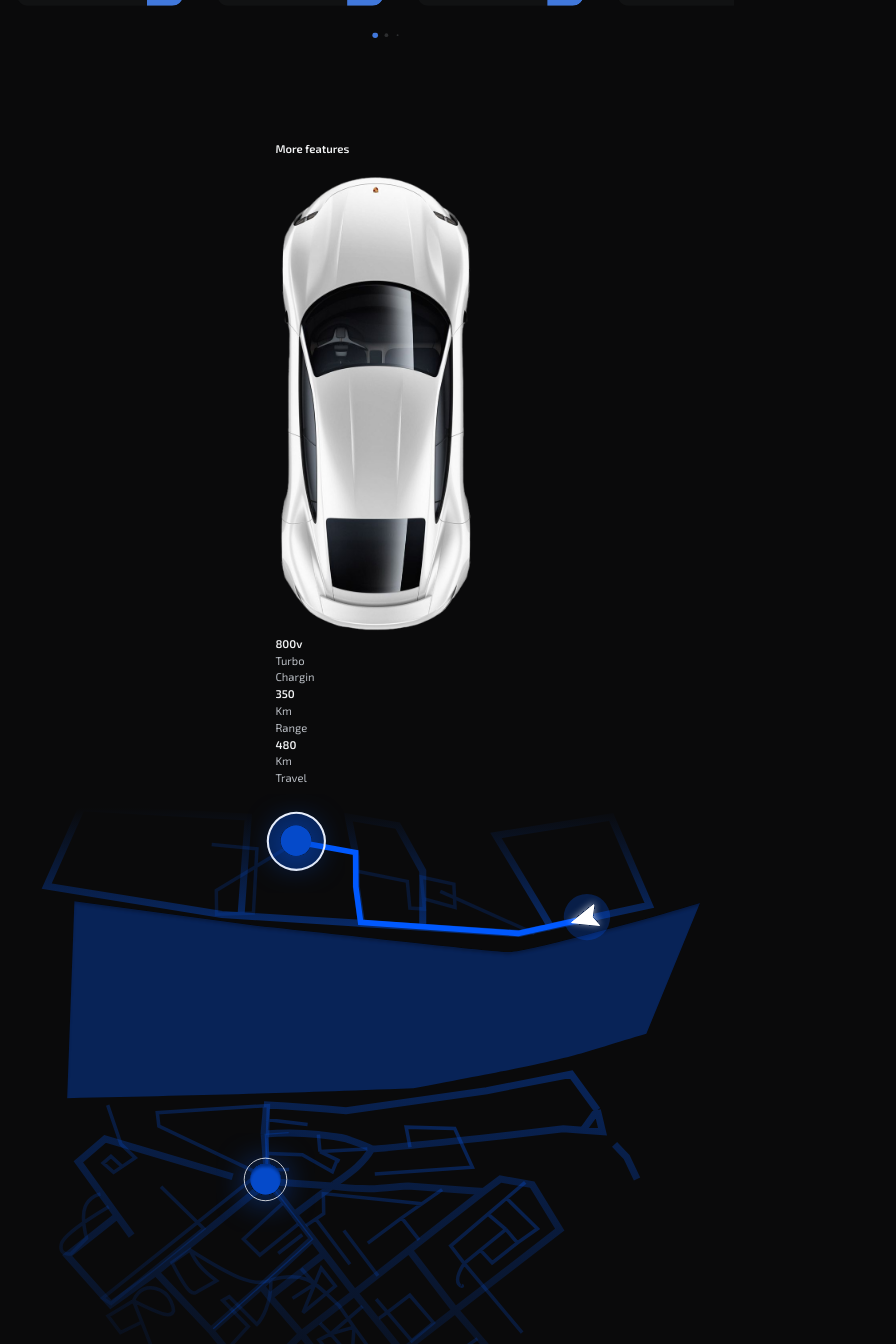
Repository: theweirdboiz/Car-rental
Page: index.html
An editor plug-in stored every save of this project. The page is shown before and after the next save, followed by the edit.
The browser window is 1280 px wide. The pictures show the part of the page from y = 1986 to 3906 px (the page is 4227 px tall before and 3915 px after), at 70% of full size.

Above is the page before, as saved 2022-08-27 09:33:12.

### index.html
<!DOCTYPE html>
<html lang="en">
  <head>
    <meta charset="UTF-8" />
    <meta http-equiv="X-UA-Compatible" content="IE=edge" />
    <meta name="viewport" content="width=device-width, initial-scale=1.0" />
    <!-- FAVICON -->
    <link
      rel="shortcut icon"
      href="./assets/img/favicon.png"
      type="image/x-icon"
    />
    <!-- REMIX ICON -->
    <link
      href="https://cdn.jsdelivr.net/npm/remixicon@2.5.0/fonts/remixicon.css"
      rel="stylesheet"
    />
    <title>Car rental website</title>
    <!-- SWIPER CSS -->
    <link rel="stylesheet" href="./assets/css/swiper-bundle.min.css" />
    <link rel="stylesheet" href="./assets/css/main.css" />
  </head>
  <body>
    <header class="header" id="header">
      <nav class="nav container">
        <a href="" class="nav__logo">
          <i class="ri-steering-line"></i>
          Elcar
        </a>
        <div class="nav__menu" id="nav__menu">
          <ul class="nav__list">
            <li class="nav__item">
              <a href="#home" class="nav__link">Home</a>
            </li>
            <li class="nav__item">
              <a href="#about" class="nav__link">About</a>
            </li>
            <li class="nav__item">
              <a href="#popular" class="nav__link">Popular</a>
            </li>
            <li class="nav__item">
              <a href="#featured" class="nav__link">Featured</a>
            </li>
          </ul>
          <div class="nav__close" id="nav__close">
            <i class="ri-close-line"></i>
          </div>
        </div>
        <!-- Toggle button -->
        <div class="nav__toggle" id="nav__toggle">
          <i class="ri-menu-line"></i>
        </div>
      </nav>
    </header>
    <main class="main">
      <!-- Home -->
      <section class="home section" id="home">
        <div class="shape shape__big"></div>
        <div class="shape shape__small"></div>
        <div class="home__container container grid">
          <div class="home__data">
            <h1 class="home__title">Choose the best car</h1>
            <h2 class="home__subtitle">Porsche mission e</h2>
            <h3 class="home__elec">
              <i class="ri-flashlight-fill"></i>
              Electric car
            </h3>
          </div>
          <img src="./assets/img/home.png" alt="" class="home__img" />
          <div class="home__car">
            <div class="home__car-data">
              <div class="home__car-icon">
                <i class="ri-temp-cold-line"></i>
              </div>
              <h2 class="home__car-number">24</h2>
              <h3 class="home__car-name">Temperature</h3>
            </div>
            <div class="home__car-data">
              <div class="home__car-icon">
                <i class="ri-dashboard-3-line"></i>
              </div>
              <h2 class="home__car-number">873</h2>
              <h3 class="home__car-name">mileage</h3>
            </div>
            <div class="home__car-data">
              <div class="home__car-icon">
                <i class="ri-flashlight-fill"></i>
              </div>
              <h2 class="home__car-number">94%</h2>
              <h3 class="home__car-name">battery</h3>
            </div>
          </div>
          <a href="#" class="home__button">Start</a>
        </div>
      </section>
      <section class="about section" id="about">
        <div class="about__container container grid">
          <div class="about__group">
            <img src="./assets/img/about.png" alt="" class="about__img" />
            <div class="about__card">
              <h3 class="about__card-title">2500+</h3>
              <p class="about__card-description">
                Supercharges placed along popular routes
              </p>
            </div>
          </div>
          <div class="about__data">
            <h2 class="section__title about__title">
              Machines with <br />
              future technology
            </h2>
            <p class="about__description">
              See the future with high-performance electric cars produced by
              renowned brands. They feature futuristic builds and designs with
              new and innovative platforms that last a long time.
            </p>
            <a class="button">Know more</a>
          </div>
        </div>
      </section>
      <section class="popular section" id="popular">
        <h2 class="section__title">
          Choose your electric car <br />
          of the porsche brand
        </h2>
        <div class="popular__container container swiper">
          <div class="swiper-wrapper">
            <article class="popular__card swiper-slide">
              <div class="shape shape__smaller"></div>
              <h1 class="popular__title">Porsche</h1>
              <h3 class="popular__subtitle">Turbo S</h3>
              <img
                src="./assets/img/popular1.png"
                alt=""
                class="popular__img"
              />
              <div class="popular__data">
                <div class="popular__data-group">
                  <i class="ri-dashboard-3-line"></i> 3.7 sec
                </div>
                <div class="popular__data-group">
                  <i class="ri-funds-box-line"></i> 356 km/h
                </div>
                <div class="popular__data-group">
                  <i class="ri-charging-pile-2-line"></i> electric
                </div>
              </div>
              <h3 class="popular__price">$175,900</h3>
              <button class="button popular__button">
                <i class="ri-shopping-bag-2-line"></i>
              </button>
            </article>
            <article class="popular__card swiper-slide">
              <div class="shape shape__smaller"></div>
              <h1 class="popular__title">Porsche</h1>
              <h3 class="popular__subtitle">Taycan</h3>
              <img
                src="./assets/img/popular2.png"
                alt=""
                class="popular__img"
              />
              <div class="popular__data">
                <div class="popular__data-group">
                  <i class="ri-dashboard-3-line"></i> 3.7 sec
                </div>
                <div class="popular__data-group">
                  <i class="ri-funds-box-line"></i> 356 km/h
                </div>
                <div class="popular__data-group">
                  <i class="ri-charging-pile-2-line"></i> electric
                </div>
              </div>
              <h3 class="popular__price">$114,900</h3>
              <button class="button popular__button">
                <i class="ri-shopping-bag-2-line"></i>
              </button>
            </article>
            <article class="popular__card swiper-slide">
              <div class="shape shape__smaller"></div>
              <h1 class="popular__title">Porsche</h1>
              <h3 class="popular__subtitle">Turbo S Cross</h3>
              <img
                src="./assets/img/popular3.png"
                alt=""
                class="popular__img"
              />
              <div class="popular__data">
                <div class="popular__data-group">
                  <i class="ri-dashboard-3-line"></i> 3.7 sec
                </div>
                <div class="popular__data-group">
                  <i class="ri-funds-box-line"></i> 356 km/h
                </div>
                <div class="popular__data-group">
                  <i class="ri-charging-pile-2-line"></i> electric
                </div>
              </div>
              <h3 class="popular__price">$150,900</h3>
              <button class="button popular__button">
                <i class="ri-shopping-bag-2-line"></i>
              </button>
            </article>
            <article class="popular__card swiper-slide">
              <div class="shape shape__smaller"></div>
              <h1 class="popular__title">Porsche</h1>
              <h3 class="popular__subtitle">Boxster 718</h3>
              <img
                src="./assets/img/popular4.png"
                alt=""
                class="popular__img"
              />
              <div class="popular__data">
                <div class="popular__data-group">
                  <i class="ri-dashboard-3-line"></i> 3.7 sec
                </div>
                <div class="popular__data-group">
                  <i class="ri-funds-box-line"></i> 356 km/h
                </div>
                <div class="popular__data-group">
                  <i class="ri-charging-pile-2-line"></i> electric
                </div>
              </div>
              <h3 class="popular__price">$125,900</h3>
              <button class="button popular__button">
                <i class="ri-shopping-bag-2-line"></i>
              </button>
            </article>
            <article class="popular__card swiper-slide">
              <div class="shape shape__smaller"></div>
              <h1 class="popular__title">Porsche</h1>
              <h3 class="popular__subtitle">Cayman</h3>
              <img
                src="./assets/img/popular1.png"
                alt=""
                class="popular__img"
              />
              <div class="popular__data">
                <div class="popular__data-group">
                  <i class="ri-dashboard-3-line"></i> 3.7 sec
                </div>
                <div class="popular__data-group">
                  <i class="ri-funds-box-line"></i> 356 km/h
                </div>
                <div class="popular__data-group">
                  <i class="ri-charging-pile-2-line"></i> electric
                </div>
              </div>
              <h3 class="popular__price">$128,900</h3>
              <button class="button popular__button">
                <i class="ri-shopping-bag-2-line"></i>
              </button>
            </article>
          </div>
          <div class="swiper-pagination"></div>
        </div>
      </section>
      <section class="features section">
        <div class="features__container container grid">
          <h2 class="features__title">More features</h2>
          <div class="features__group">
            <img src="./assets/img/features.png" alt="" class="features__img" />
            <div class="features__card features__card-1">
              <h3 class="features__card-title">800v</h3>
              <p class="features__card-description">Turbo <br> Chargin</p></p>
            </div>
            <div class="features__card features__card-2">
              <h3 class="features__card-title">350</h3>
              <p class="features__card-description">Km <br> Range</p>
            </div>
            <div class="features__card features__card-1">
              <h3 class="features__card-title">480</h3>
              <p class="features__card-description">Km <br> Travel</p>
            </div>
          </div>
        </div>
        <img src="./assets/img/map.svg" alt="" class="features__map">
      </section>
    </main>
    <footer class="footer"></footer>
    <!-- SWIPER JS -->
    <script src="./assets/js/swiper-bundle.min.js"></script>
    <script src="./assets/js/main.js"></script>
  </body>
</html>

### assets/css/main.css
/* Google font */
@import url("https://fonts.googleapis.com/css2?family=Exo+2:wght@400;500;600&display=swap");
:root {
  --header-height: 3.5rem;

  /* Colors mode hsl(hue,saturation, lightness) */
  --first-color: hsl(219, 69%, 56%);
  --first-color-alt: hsl(219, 69%, 52%);
  --title-color: hsl(219, 8%, 95%);
  --text-color: hsl(219, 8%, 75%);
  --text-color-light: hsl(219, 4%, 55%);
  --white-color: #fff;
  --body-color: hsl(219, 4%, 4%);
  --container-color: hsl(219, 4%, 7%);

  /* Font and typography - 1rem = 16px */
  --body-font: "Exo 2", sans-serif;
  --h1-font-size: 1.5rem;
  --h2-font-size: 1.25rem;
  --h3-font-size: 1rem;
  --normal-font-size: 0.938rem;
  --small-font-size: 0.813rem;
  --smaller-font-size: 0.75rem;

  /* Font-weight */
  --font-medium: 500;
  --font-semi-bold: 600;

  /* z index */
  --z-tooltip: 10;
  --z-fixed: 100;
}
/* Responsive typography */
@media screen and (min-width: 968px) {
  :root {
    --h1-font-size: 2.25rem;
    --h2-font-size: 1.5rem;
    --h3-font-size: 1.25rem;
    --normal-font-size: 1rem;
    --small-font-size: 0.875rem;
    --smaller-font-size: 0.813rem;
  }
}
/* Base */
*,
*::before,
*::after {
  box-sizing: border-box;
}
* {
  margin: 0;
  padding: 0;
  font: inherit;
}
html {
  scroll-behavior: smooth;
}
body {
  font-family: var(--body-font);
  font-size: var(--normal-font-size);
  background-color: var(--body-color);
  color: var(--text-color);
  line-height: 1.5;
}
img,
picture,
video,
canvas,
svg {
  display: block;
  max-width: 100%;
}
input,
button,
textarea,
select {
  outline: none;
}
p,
h1,
h2,
h3,
h4,
h5,
h6 {
  overflow-wrap: break-word;
}
h1,
h2,
h3,
h4,
h5,
h6 {
  color: var(--title-color);
  font-weight: var(--font-semi-bold);
}
ul {
  list-style: none;
}
a {
  text-decoration: none;
}
/* Reusalbe classes */
.container {
  max-width: 1024px;
  margin-right: 1.5rem;
  margin-left: 1.5rem;
}
.grid {
  display: grid;
  gap: 1.5rem;
}
.section {
  padding: 4.5rem 0 2rem;
}
.section__title {
  font-size: var(--h2-font-size);
  text-align: center;
  margin-bottom: 2.5rem;
}
.main {
  overflow: hidden;
}

.shape {
  background-color: hsla(219, 33%, 32%, 5);
  filter: blur(110px);
  border-radius: 50%;
}
.shape__big {
  width: 400px;
  height: 400px;
  /* left: ; */
}
.shape__small {
  width: 300px;
  height: 300px;
}
.shape__smaller {
  width: 180px;
  height: 180px;
  filter: blur(64px);
}
/* Button animate */
@keyframes button {
  0% {
    box-shadow: 0 0 12px hsl(158, 98%, 43%);
  }
  50% {
    box-shadow: 0 0 24px hsl(158, 98%, 43%);
  }
}
/* BUTTONS */
.button {
  display: inline-block;
  cursor: pointer;
  color: var(--white-color);
  background-color: var(--first-color);
  font-size: var(--normal-font-size);
  padding: 1rem 2rem;
  border-radius: 0.25rem;
  transition: 0.3s;
}
.button:hover {
  background-color: var(--first-color-alt);
}
/* HEADER & NAV */
.header {
  width: 100%;
  background-color: transparent;
  position: fixed;
  top: 0;
  left: 0;
  z-index: var(--z-fixed);
}
.nav {
  height: var(--header-height);
  display: flex;
  justify-content: space-between;
  align-items: center;
}
.nav__logo,
.nav__close {
  color: var(--title-color);
  display: inline-flex;
}
.nav__logo {
  align-items: center;
  column-gap: 0.25rem;
  font-weight: var(--font-medium);
  transition: 0.3s;
}
.nav__logo i {
  font-size: 1.25rem;
}
.nav__logo:hover {
  color: var(--first-color);
}
.nav__toggle {
  font-size: 1.25rem;
  cursor: pointer;
}
@media screen and (max-width: 767px) {
  .nav__menu {
    position: fixed;
    background-color: hsl(0, 0%, 100%, 0.1);
    top: 0;
    right: -100%;
    width: 100%;
    height: 100%;
    backdrop-filter: blur(96px);
    transition: 0.75s;
  }
}
.nav__list {
  display: flex;
  flex-direction: column;
  text-align: center;
  row-gap: 3rem;
  padding-top: 9rem;
}
.nav__link {
  text-transform: uppercase;
  font-size: var(--h2-font-size);
  font-weight: var(--font-medium);
  color: var(--title-color);
  transition: 0.3s;
}
.nav__link:hover {
  color: var(--first-color);
}
.nav__close {
  font-size: 2rem;
  position: absolute;
  top: 0.5rem;
  right: 1rem;
  cursor: pointer;
  transition: 0.3s;
}
.nav__close:hover {
  color: var(--first-color);
}
/* show menu */
.show-menu {
  right: 0;
}
/* change background header */
.scroll-header {
  border-radius: 0 0 1rem 1rem;
  background-color: var(--body-color);
  box-shadow: 0 2px 4px hsla(0, 0%, 1%, 1);
}

/* HOME */
.home {
  position: relative;
  overflow: hidden;
}
.home__container {
  position: relative;
  padding-top: 4rem;
  row-gap: 3rem;
}
.home__data {
  text-align: center;
}
.home__title {
  font-size: var(--h1-font-size);
  margin-bottom: 1rem;
}
.home__subtitle {
  font-size: var(--h3-font-size);
  margin-bottom: 0.25rem;
}
.home__title,
.home__subtitle {
  text-transform: capitalize;
}
.home__elec {
  font-size: var(--small-font-size);
  color: var(--text-color);
  display: inline-flex;
  align-items: center;
  column-gap: 0.25rem;
}
.home__elec i {
  color: var(--first-color);
}
.home__img {
  width: 280px;
  justify-self: center;
}
.home__car {
  display: flex;
  justify-content: center;
  align-items: center;
  column-gap: 4rem;
  margin-bottom: 2rem;
}
.home__car-name {
  font-size: 0.625rem;
  font-weight: 400;
  text-transform: uppercase;
  color: var(--text-color-light);
}
.home__car-data {
  text-align: center;
}
.home__car-number {
  font-size: var(--h2-font-size);
  font-weight: var(--font-medium);
  margin-bottom: 0.25rem;
}
.home__car-icon {
  display: inline-flex;
  align-items: center;
  justify-content: center;
  background-color: var(--container-color);
  border-radius: 50%;
  padding: 0.376rem;
  font-size: 0.875rem;
  margin-bottom: 0.75rem;
}
.home__button {
  display: flex;
  justify-content: center;
  align-items: center;
  justify-self: center;
  width: 70px;
  height: 70px;
  border: 2px solid hsl(158, 89%, 30%);
  border-radius: 50%;
  font-size: var(--small-font-size);
  color: var(--white-color);
  text-transform: uppercase;
  font-weight: var(--font-medium);
  position: relative;
}
.home__button:before {
  content: "";
  position: absolute;
  border: 2px solid hsl(158, 98%, 43%);
  width: 90px;
  height: 90px;
  border-radius: 50%;
  box-shadow: 0 0 10px hsl(158, 98%, 43%);
  transition: 0.45s;
  animation: button 3s infinite;
}
.home .shape__big,
.home .shape__small {
  position: absolute;
}
.home .shape__big {
  top: -4rem;
  left: -9rem;
}
.home .shape__small {
  right: -10rem;
  bottom: 3rem;
}

/* ABOUT */
.about__container {
  row-gap: 6rem;
}
.about__group {
  position: relative;
}
.about__img {
  width: 310px;
  border-radius: 0.5rem;
}
.about__card {
  width: 180px;
  position: absolute;
  text-align: center;
  right: 0;
  bottom: -2.5rem;
  padding: 1rem 0.75rem;
  border-radius: 1.25rem;
  background-color: hsl(0, 0%, 100%, 0.1);
  backdrop-filter: blur(16px);
}
.about__card-title {
  font-size: var(--h3-font-size);
  margin-bottom: 0.5rem;
}
.about__card-description {
  font-size: var(--smaller-font-size);
}
.about__title {
  text-align: initial;
  margin-bottom: 2rem;
}
.about__description {
  margin-bottom: 2rem;
}
/* POPULAR */
.popular__container {
  padding-top: 1rem;
}
.popular__card {
  position: relative;
  width: 238px;
  background-color: var(--container-color);
  padding: 2rem 1.5rem 1.5rem;
  border-radius: 1rem;
  margin-bottom: 3.5rem;
  overflow: hidden;
}
.popular__card .shape__smaller {
  position: absolute;
  top: -2.5rem;
  left: -2.5rem;
}
.popular__title,
.popular__subtitle,
.popular__img {
  position: relative;
}
.popular__title {
  font-size: var(--h2-font-size);
  margin-bottom: 0.25rem;
}
.popular__subtitle {
  font-size: var(--normal-font-size);
  color: var(--text-color);
  font-weight: 400;
}
.popular__img {
  width: 160px;
  margin: 0.75rem 0 1.25rem 1.5rem;
  transition: 0.3s;
}
.popular__data {
  display: grid;
  grid-template-columns: repeat(2, max-content);
  gap: 0.5rem 1.25rem;
  margin-bottom: 2rem;
}
.popular__data-group {
  display: inline-flex;
  align-items: center;
  column-gap: 0.5rem;
  font-size: var(--smaller-font-size);
  color: var(--white-color);
}
.popular__data i {
  font-size: 1rem;
}
.popular__price {
  font-size: var(--h3-font-size);
}
.popular__button {
  border: none;
  padding: 0.75rem 1rem;
  position: absolute;
  right: 0;
  bottom: 0;
  border-radius: 1rem 0 1rem 0;
  cursor: pointer;
}
.popular__button i {
  font-size: 1.25rem;
}
.popular__card:hover .popular__img {
  transform: translateY(-0.25rem);
}
/* swiper css */
.swiper-pagination-bullet {
  background: var(--text-color);
}
.swiper-pagination-bullet-active {
  background-color: var(--first-color);
}
/* FEATURES */
.features {
  overflow: hidden;
  position: relative;
}
.features__container {
  padding-top: 2rem;
  grid-template-columns: 285px;
  justify-content: center;
}
.features__group {
  display: grid;
  position: relative;
  z-index: 10;
}

### assets/js/main.js
"use strict";
const $ = document.querySelector.bind(document);
const $$ = document.querySelectorAll.bind(document);
const navMenu = $("#nav__menu");
const navToggle = $("#nav__toggle");
const navClose = $("#nav__close");
// Toggle menu
if (navToggle) {
  navToggle.onclick = () => {
    navMenu.classList.toggle("show-menu");
  };
}
if (navClose) {
  navClose.onclick = () => {
    navToggle.click();
  };
}
// Remove menu mobile
const navLinks = document.querySelectorAll(".nav__link");
if (navLinks) {
  for (const navLink of navLinks) {
    navLink.onclick = () => {
      navToggle.click();
    };
  }
}
// Change background header
const header = document.querySelector("#header");
window.onscroll = () => {
  if (window.scrollY >= 50) {
    header.classList.add("scroll-header");
  } else {
    header.classList.remove("scroll-header");
  }
};
// Popular Swiper
const swiperPopular = new Swiper(".popular__container", {
  loop: true,
  spaceBetween: 24,
  slidesPerView: "auto",
  grabCursor: true,
  pagination: {
    el: ".swiper-pagination",
    dynamicBullets: true,
  },
  breakpoints: {
    768: {
      slidesPerView: 3,
    },
    1024: {
      spaceBetween: 48,
    },
  },
});

Loaded but not shown: assets/css/swiper-bundle.min.css (library); assets/js/swiper-bundle.min.js (library)

After the next save:
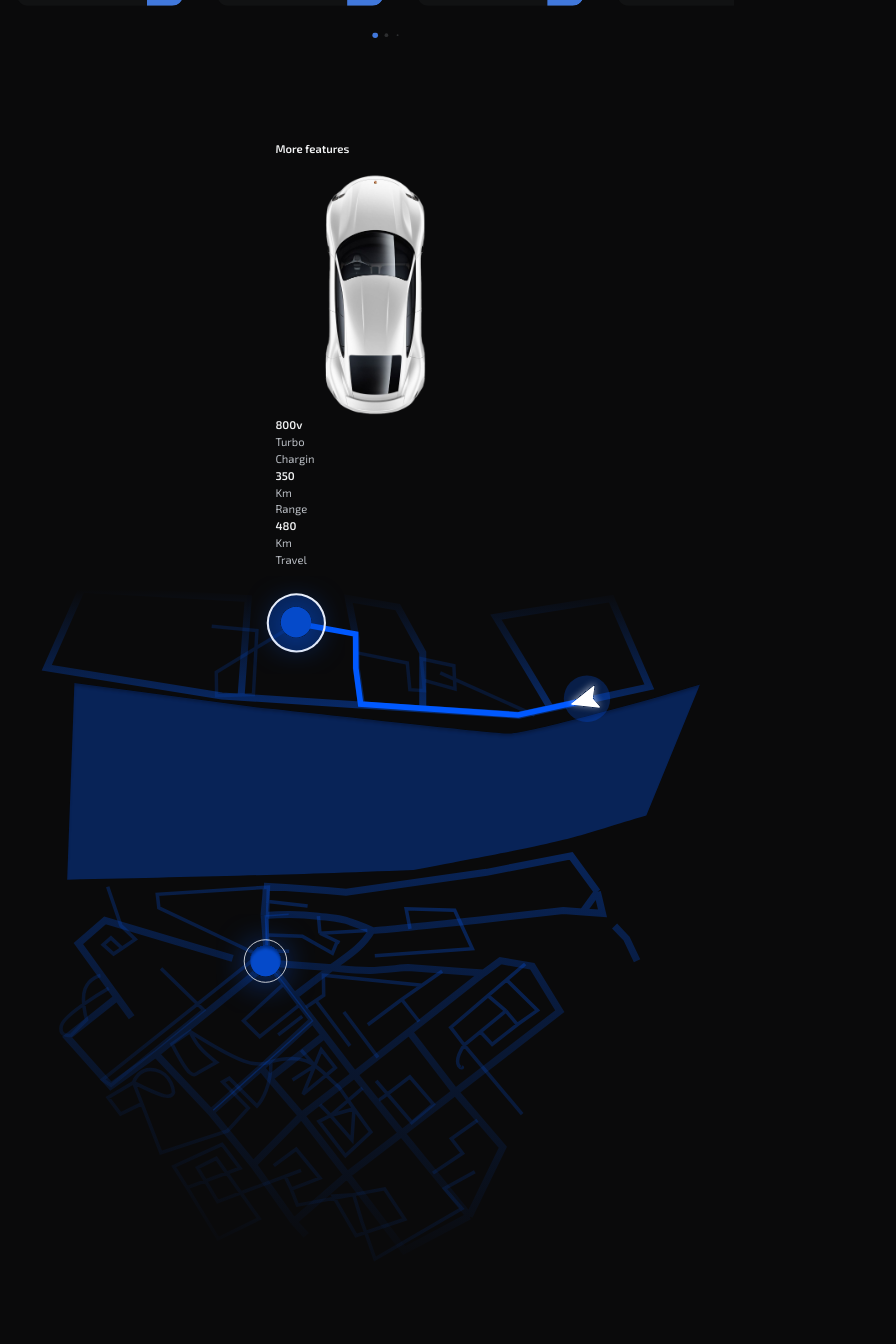
Saved 53 s later.
--- a/assets/css/main.css
+++ b/assets/css/main.css
@@ -489,3 +489,7 @@
   position: relative;
   z-index: 10;
 }
+.features__img {
+  width: 150px;
+  justify-self: center;
+}
